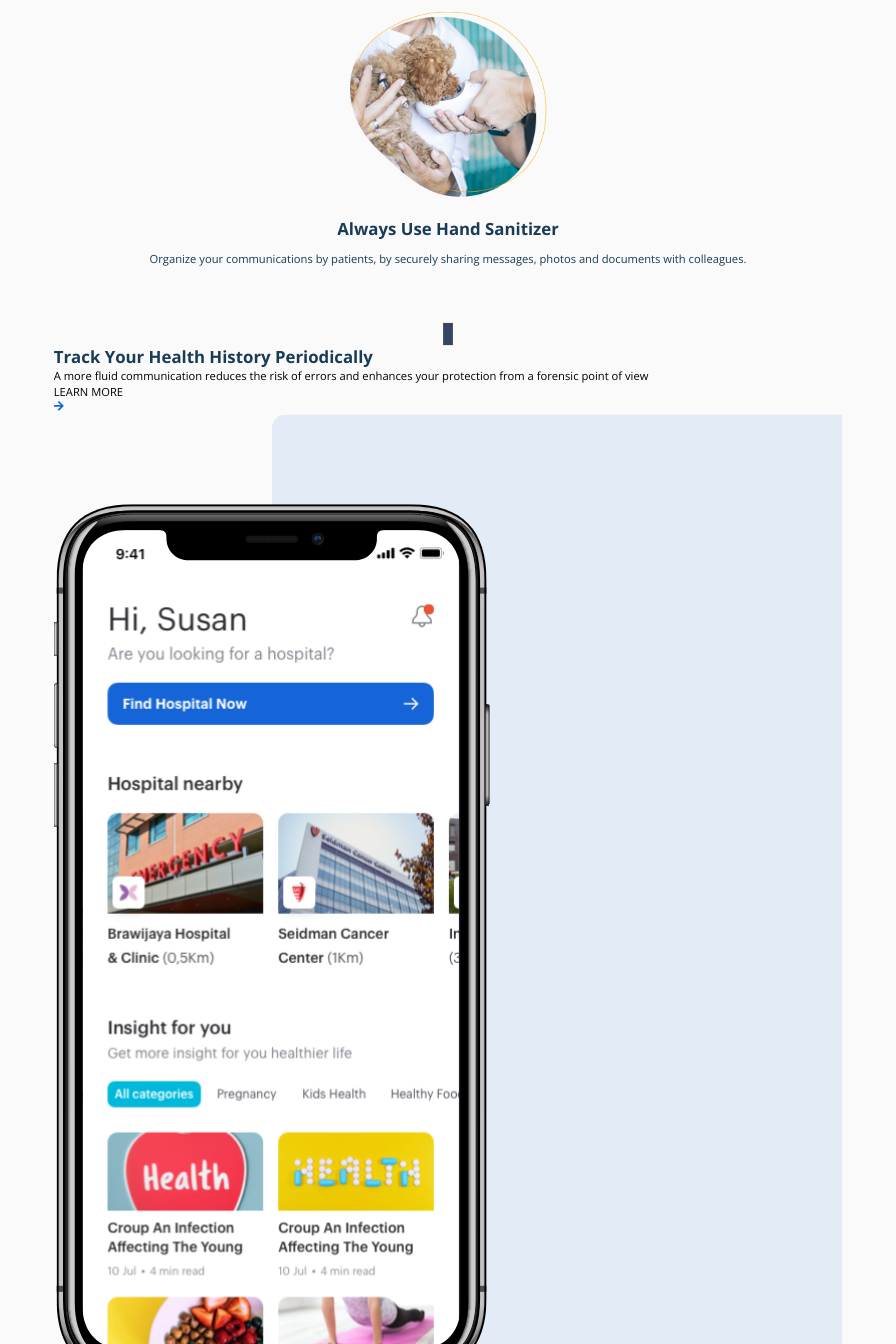
Repository: Esttevo/prova-html-css
Page: index.html
An editor plug-in stored every save of this project. The page is shown before and after a run of saves, followed by the edit.
The browser window is 1280 px wide. The pictures show the part of the page from y = 4580 to 6500 px (the page is 8422 px tall before and 8444 px after), at 70% of full size.
A picture or video elsewhere on the page could not be fetched, so the positions and the page height are approximate.

Above is the page before, as saved 2026-09-01 15:06:54.

### index.html
<!DOCTYPE html>
<html lang="en">
<head>
    <meta charset="UTF-8">
    <meta name="viewport" content="width=device-width, initial-scale=1.0">
    <title>Document</title>
    <link rel="stylesheet" href="style.css">
</head>
<body>
    <header>
        <img id="header-logo" src="img/icons/Logo.svg" alt="Logo escrita EHYA">

        <nav id="header-nav">
            <a class="no-chevron" href="#">Home</a>
            <a class="with-chevron" href="#">
                Landings
                <img src="img/icons/icon-chevron-down.svg" alt="indica que possui uma lista ao clicar">
            </a>
            <a class="with-chevron" href="#">
                Pages
                <img src="img/icons/icon-chevron-down.svg" alt="indica que possui uma lista ao clicar">
            </a>
            <a href="#">Docs</a>
            <a href="#">Help</a>
            <button>Get it now</button>
        </nav>

        <img src="img/icons/icon-menu-hamburger.svg" alt="Menu hamburger">
    </header>

    <main>
        <section id="section-hero">
            <div id="hero-text">
                <div id="bar-text">
                    <div class="stylization-bar"> a</div>

                    <h4>
                        Changing the way you
                        go to healthcare
                    </h4>
                </div>

                <h1>
                    Primary Care
                    Designed for
                    Real Life
                </h1>

                <p>
                Discuss patients, share notes and documents in a secure manner and be part of a network of health professionals ready to
                collaborate better.
                </p>

                <form id="form-hero" action="#">
                    <input id="text-write" type="text" placeholder="name@youremail.com">
                    <input id="button" type="submit" value="Subscribe">
                </form>
            </div>
            <img src="img/image-hero.png" alt="4 medicos sorrindo e uma medica sobrepondo os 4">
        </section>

        <section id="section-connect">
            <div id="connect-title-subtitle">
                <h2>
                    Connect easily. Collaborate efficiently.
                </h2>

                 <p>
                    Rather than do things the
                    ypical way, we’ve created
                    a membership-based primary
                    care practice truly designed
                    around your needs.
                </p>
            </div>

           <img src="img/Dashboard.svg" alt="dashboard de exemplo de um sistema de agendamento">

           <div id="cards-advantages">
                <div id="card-advantages-doctor">
                     <h2>01</h2>
                     <h3>For Doctor</h3>
                     <p>
                         You get an in-house
                         team to guide and advocate
                         for you through questions
                     </p>
                </div>

                <div id="card-advantages-patient">
                     <h2>02</h2>
                     <h3>For Patient</h3>
                     <p>
                         You get an in-house
                         team to guide and advocate
                         for you through questions
                     </p>
                </div>

                <div id="card-advantages-clinician">
                     <h2>03</h2>
                     <h3>For Clinician</h3>
                     <p>
                         You get an in-house
                         team to guide and advocate
                         for you through questions
                     </p>
                </div>
            </div>
        </section>

        <section id="section-protect">
            <h2>
                Protect yourself and your family first.
            </h2>

            <div id="protect-content-tips">
                <div class="content-tips-card">
                    <img src="img/icons/icon-house.svg" alt="">

                    <h3>
                        Stay at Home first
                    </h3>

                    <p>
                        Our technology makes
                        it practically impossible
                        for any patient data breach to occur
                    </p>
                </div>

                <div class="content-tips-card">
                    <img src="img/icons/icon-hand.svg" alt="">

                    <h3>
                        Wash Your Hands Periodically
                    </h3>

                    <p>
                        You can talk freely and confidently
                        about patients with other health professionals
                         treating them
                    </p>
                </div>

                <div class="content-tips-card">
                    <img src="img/icons/icon-remedy.svg" alt="">

                    <h3>
                        Consume more Vitamin C
                    </h3>

                    <p>
                        A more fluid communication reduces
                        the risk of errors and enhances your
                        protection from a forensic point of view
                    </p>
                </div>

                <div class="content-tips-card">
                    <img src="img/icons/icon-medicament.svg" alt="">

                    <h3>
                        Always Use Hand Sanitizer
                    </h3>

                    <p>
                        Organize your communications
                        by patients, by securely sharing
                        messages, photos and documents
                        with colleagues.
                    </p>
                </div>
            </div>
        </section>

        <section id="section-modern">
            <h2>
                Modern clinics.
                Smart, hassle
                -free care.
            </h2>

            <div id="modern-cards-content">
                <div class="modern-content-img-text">
                    <img src="img/image-medic.svg" alt="equipamentos de medico">
                    <h3>
                        Consume more Vitamin C
                    </h3>

                    <p>
                        A more fluid communication reduces
                        the risk of errors and enhances your
                        protection from a forensic point of view
                    </p>
                </div>

                <div class="modern-content-img-text">
                    <img src="img/image-kid-dad.png" alt="cachorro tomando agua no colo">
                    <h3>
                        Stay at Home first
                    </h3>

                    <p>
                        Our technology makes
                        it practically impossible
                        for any patient data breach to occur
                    </p>
                </div>

                <div class="modern-content-img-text">
                    <img src="img/image-kid.png" alt="Criança caminhando de mão dada">
                    <h3>
                        Wash Your Hands Periodically
                    </h3>

                    <p>
                        You can talk freely and confidently
                        about patients with other health professionals
                         treating them
                    </p>
                </div>

                <div class="modern-content-img-text">
                    <img src="img/image-dog.png" alt="cachorro tomando agua no colo">
                    <h3>
                        Always Use Hand Sanitizer
                    </h3>

                    <p>
                        Organize your communications
                        by patients, by securely sharing
                        messages, photos and documents
                        with colleagues.
                    </p>
                </div>
            </div>
        </section>

        <section id="section-health">
            <div class="health-content-text">
                <div class="stylization-bar"></div>

                <h2>
                     Track Your Health
                     History Periodically
                </h2>

                <p>
                 A more fluid communication reduces
                 the risk of errors and enhances your
                 protection from a forensic
                 point of view
                </p>

                <div id="learn-more">
                     <p>LEARN MORE</p>
                     <img src="img/icons/icon-arrow-right.svg" alt="seta para a direita, clique para ler mais">
                </div>
            </div>

           <img id="image-mobile" src="img/image-health-mobile.svg" alt="iphone em um site de localização de hospitais com mapa e busca">
            <img id="image-desktop" src="img/image-health-desktop.svg" alt="iphone em um site de localização de hospitais com mapa e busca">
           <div id="count-pages">
                <p>1/4 screen</p>

                <div id="img-arrow">
                    <img src="img/icons/icon-button-left.svg" alt="botão para tela da esquerda">
                    <img src="img/icons/icon-button-right.svg" alt="botão para tela da direita">
                </div>
           </div>
        </section>

        <section id="section-resources">
            <article class="selected-resources-card">
                <img src="img/icons/icon-docs.png" alt="simbolo de documento">

                <h3>Stay at Home first</h3>

                <p>
                    A more fluid communication
                    reduces the risk of errors.
                </p>

                <a href="#">
                    READ ARTICLE
                </a>
            </article>

            <article class="resources-card">
                <img src="img/icons/icon-docs.png" alt="simbolo de documento">

                <h3>
                    Wash Your Hands
                </h3>

                <p>
                    A more fluid communication
                    reduces the risk of errors.
                </p>

                <a href="#">
                    READ ARTICLE
                </a>
            </article>

            <article class="resources-card">
                <img src="img/icons/icon-docs.png" alt="simbolo de documento">

                <h3>Use Hand Sanitizer</h3>

                <p>
                    A more fluid communication
                    reduces the risk of errors.
                </p>

                <a href="#">
                    READ ARTICLE
                </a>
            </article>

            <article class="resources-card">
                <img src="img/icons/icon-docs.png" alt="simbolo de documento">

                <h3>Consume Vitamin C</h3>

                <p>
                    A more fluid communication
                    reduces the risk of errors.
                </p>

                <a href="#">
                    READ ARTICLE
                </a>
            </article>
        </section>

        <section id="section-updates">
            <h2>be the first to know our updates</h2>

            <form action="#">
                <input  type="text" id="name" name="name" placeholder="&#xF007; Teste">
                <input  type="text" id="name" name="name" placeholder="&#xF007; Teste">
                <input type="submit" value="Subscribe Us">
            </form>
        </section>
    </main>

    <footer id="footer">
        <div id="footer-content-nav">
            <nav class="nav-footer">
                <a class="nav-title" href="#">Product</a>
                <a class="nav-item" href="#">Landingpage</a>
                <a class="nav-item" href="#">Features</a>
                <a class="nav-item" href="#">Documentation</a>
                <a class="nav-item" href="#">Referral Program</a>
                <a class="nav-item" href="#">Pricing</a>
            </nav>

            <nav class="nav-footer">
                <a class="nav-title" href="#">Services</a>
                <a class="nav-item" href="#">Documentation</a>
                <a class="nav-item" href="#">Design</a>
                <a class="nav-item" href="#">Themes</a>
                <a class="nav-item" href="#">Illustrations</a>
                <a class="nav-item" href="#">UI Kit</a>
            </nav>

            <nav class="nav-footer">
                <a class="nav-title" href="#">Company</a>
                <a class="nav-item" href="#">About</a>
                <a class="nav-item" href="#">Terms</a>
                <a class="nav-item" href="#">Privacy Policy</a>
                <a class="nav-item" href="#">Careers</a>
            </nav>

            <nav class="nav-footer">
                <a class="nav-title" href="#">More</a>
                <a class="nav-item" href="#">Documentation</a>
                <a class="nav-item" href="#">License</a>
                <a class="nav-item" href="#">Changelog</a>
            </nav>
        </div>

        <img src="img/icons/Logo.svg" alt="simbolo de logo">

        <p>Build a modern and creative website with crealand</p>

        <div id="icons-footer">
            <a href="#"><img src="img/icons/Icon-google.svg" alt="icone redirecionamento google"></a>
            <a href="#"><img src="img/icons/icon-twitter.svg" alt="icone redirecionamento email"></a>
            <a href="#"><img src="img/icons/icon-instagram.svg" alt="icone redirecionamento instagram"></a>
            <a href="#"><img src="img/icons/icon-linkedin.svg" alt="icone redirecionamento linkedIn"></a>
        </div>
    </footer>
</body>
</html>

### style.css
@import url('https://fonts.googleapis.com/css2?family=Inter:ital,opsz,wght@0,14..32,100..900;1,14..32,100..900&display=swap');
@import url('https://fonts.googleapis.com/css2?family=Inter:ital,opsz,wght@0,14..32,100..900;1,14..32,100..900&family=Open+Sans:ital,wght@0,300..800;1,300..800&display=swap');

:root {
    --primary-background-color: #FAFAFA;
    --secundary-background-color: #FFFFFF;

    --primary-color: #1565D8;

    --primary-title-font-color: #183B56;

    --primary-subtitle-font-color: #5A7184;

    --primary-font-family: "Open Sans", sans-serif;
    --secundary-font-family: "Inter", sans-serif;

    --color-spacing: #E3E7ED;
}

* {
    margin: 0;
    padding: 0;
    text-decoration: none;
    box-sizing: border-box;
    overflow-x: hidden;
}

body {
    font-family: var(--primary-font-family);
    background-color: var(--primary-background-color);
}

header {
    display: flex;
    justify-content: space-between;
    padding: 1.2rem 1.5rem;

}

#header-nav {
    display: none;
}

#bar-text {
    display: flex;
    flex-direction: column;
    align-items: center;
    gap: 1rem;
    padding: 1.2rem 3rem;
}

.stylization-bar {
    background-color: #344563;;
    width: 14px;
    height: 2px;
    justify-self: center;
}

#bar-text h4 {
    font-size: clamp(14px, 1vw, 30px);
    text-align: center;
    line-height: 150%;
    color: var(--primary-title-font-color);
}

#section-hero {
    display: flex;
    flex-direction: column;
    padding: 0 clamp(1.25rem, 6vw, 9rem);
}

#section-hero h1 {
    color: var(--primary-title-font-color);
    text-align: center;
    line-height: 125%;
    font-weight: 700;
    letter-spacing: 0.2;
    font-family: var(--secundary-font-family);
    padding: 0 1rem;
    font-size: clamp(32px, 5vw, 56px);
}

#section-hero p {
    color: var(--primary-subtitle-font-color);
    text-align: center;
    font-size: 1rem;
    padding-top: 1rem;
    line-height: 175%;
}

#section-hero form {
    display: flex;
    flex-direction: column;
    width: clamp(280px, 100%, 400px);
    padding: 2rem 0;
    justify-self: center;
}

#section-hero #text-write {
    height: 3.8rem;
    border: none;
    border-radius: 0.5rem;
    padding: 1rem;
    font-family: var(--primary-font-family);
}

#section-hero #button {
    background-color: var(--primary-color);
    border: none;
    font-size: var(--primary-font-family);
    color: #FFFFFF;
    border-radius: 0.5rem;
    padding: 0.5rem 0;
    height: 2.5rem;
}

#section-hero img {
    width: clamp(280px, 100%, 540px);
    align-self: center;
    padding-bottom: 3rem;
}

#section-connect {
    display: flex;
    flex-direction: column;
    padding: 0 clamp(1.25rem, 6vw, 9rem);

}

#connect-title-subtitle h2{
    border-top: 1px solid var(--color-spacing);
    color: var(--primary-title-font-color);
    text-align: center;
    padding: 1rem;
    padding-top: 3.7rem;
    line-height: 125%;
    font-family: var(--secundary-font-family);
}

#connect-title-subtitle p {
    color: var(--primary-subtitle-font-color);
    text-align: center;
    line-height: 175%;
    padding-bottom: 0.5rem;
}

#section-connect img {
    width: 438px;
    /* fica certo aos 498, nsei como fazer ainda*/
}

#cards-advantages {
    display: flex;
    flex-direction: column;
    padding-bottom: 3.7rem;
    border-bottom: 1px solid var(--color-spacing);
}

#first-card-advantages {
    display: flex;
    flex-direction: column;
    background-color: var(--secundary-background-color);
    padding: 1rem 1.5rem 1rem 1.5rem;
    border: 1px solid #F8F9FA;
    border-radius: 8px;

}

#first-card-advantages h2 {
    color: var(--primary-color);
    font-size: clamp(24px, 3vw, 48px);
    padding-bottom: 0.8rem;
}

#first-card-advantages h3 {
    font-family: var(--secundary-font-family);
    color: var(--primary-title-font-color);
    padding-bottom: 0.5rem;
}

#first-card-advantages p {
    color: var(--primary-subtitle-font-color);
}

#second-card-advantages {
    display: none;
}

#third-card-advantages {
    display: none;
}

#section-protect {
    display: flex;
    flex-direction: column;
    align-content: center;
    padding: 0 clamp(1.25rem, 6vw, 9rem);

}

#section-protect h2  {
    font-family: var(--secundary-font-family);
    font-size: clamp(24px, 3vw, 48px);
    color: var(--primary-title-font-color);
    padding-bottom: 2rem;
    padding-top: 4rem;
    text-align: center;
    letter-spacing: 0.2;
    font-weight: 700;
}

#protect-content-tips {
    display: flex;
    flex-direction: column;
}

.content-tips-card {
    display: flex;
    flex-direction: column;
    align-items: center;
    padding-bottom: 5rem;
}

.content-tips-card img {
    width: clamp(82px, 9vw, 130px);
    align-self: center;
    margin: 2rem;
}

.content-tips-card h3 {
    font-family: var(--secundary-font-family);
    font-size: clamp(16px, 3vw, 20px);
}
.content-tips-card p {
    color: var(--primary-subtitle-font-color);
    text-align: center;
    padding-top: 0.6rem;
    line-height: 170%;
}

#section-modern {
    display: flex;
    flex-direction: column;
    padding: 0 clamp(1.25rem, 6vw, 9rem);
    margin-bottom: 4.8rem;
}

#section-modern h2 {
    color: var(--primary-title-font-color);
    padding-left: 1rem;
    padding-right: 1rem;
    padding-top: 4.5rem;
    border-top: 1px solid var(--color-spacing);
    font-size: clamp(28px, 5vw, 48px);
    text-align: center;
    line-height: 130%;
}

.modern-content-img-text {
    display: flex;
    flex-direction: column;
    justify-content: center;
    align-items: center;

    padding-top: 3.5rem;
}

.modern-content-img-text h3 {
    color: var(--primary-title-font-color);
    padding-top: 1.8rem;
    padding-bottom: 14px;
    font-size: clamp(22px, 2vw, 24px);
}

.modern-content-img-text p {
    color: var(--primary-title-font-color);
   font-size: clamp(14px, 2vw, 16px);
    line-height: 170%;
    text-align: center;
}

#section-health {
    display: flex;
    flex-direction: column;
    padding: 0 clamp(1.25rem, 6vw, 9rem);
    justify-content: center;
}

#section-health .stylization-bar {
    padding-bottom: 2rem;
}

#section-health h2 {
    color: var(--primary-title-font-color);
    font-size: font-size: clamp(28px, 5vw, 40px);;
}

After the next 2 saves:
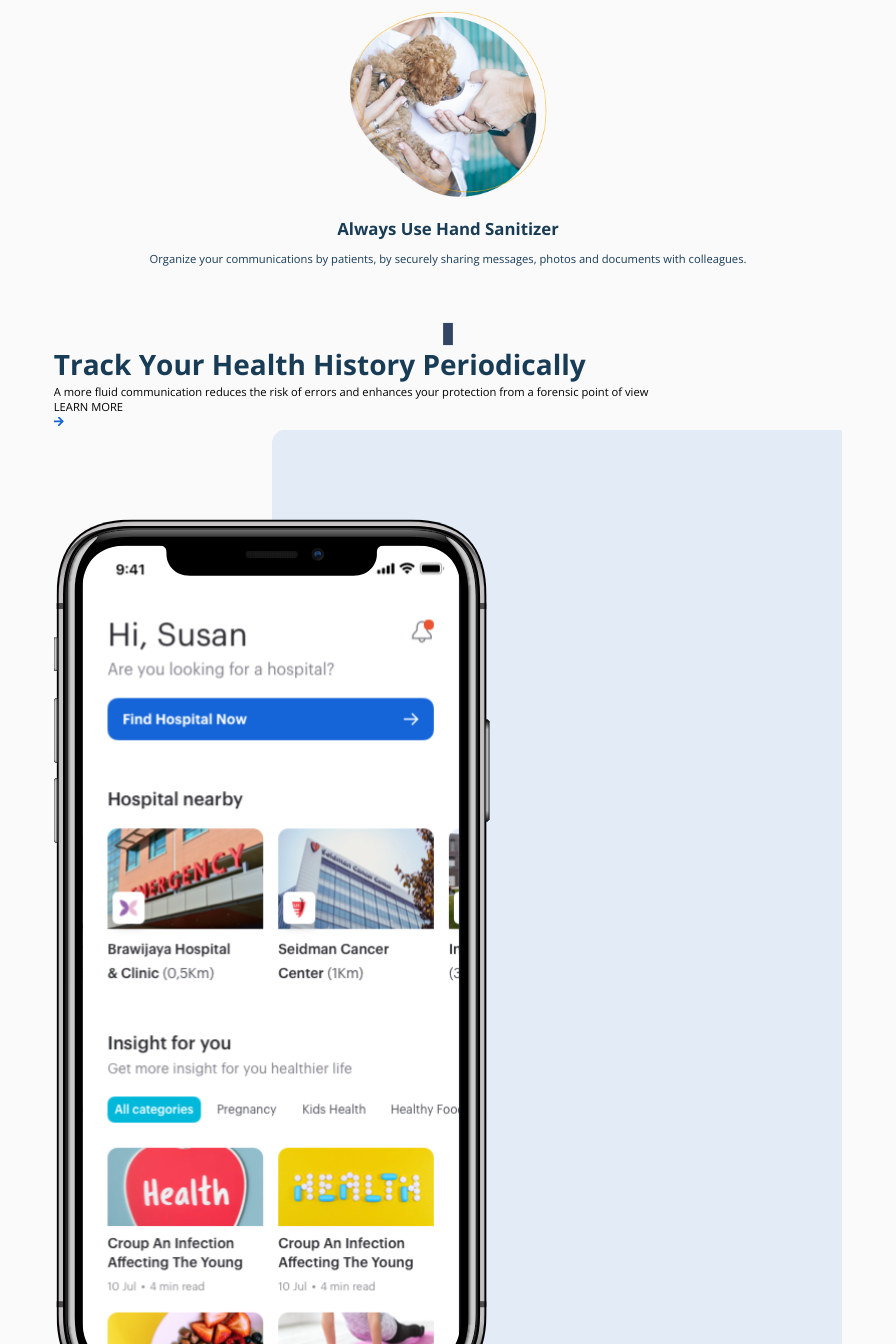
The 2 saves are shown as one change because they came seconds apart.
The last was saved 13 s later.
--- a/style.css
+++ b/style.css
@@ -292,5 +292,5 @@ header {
 
 #section-health h2 {
     color: var(--primary-title-font-color);
-    font-size: font-size: clamp(28px, 5vw, 40px);;
-}
+    font-size: clamp(28px, 5vw, 40px);
+}
